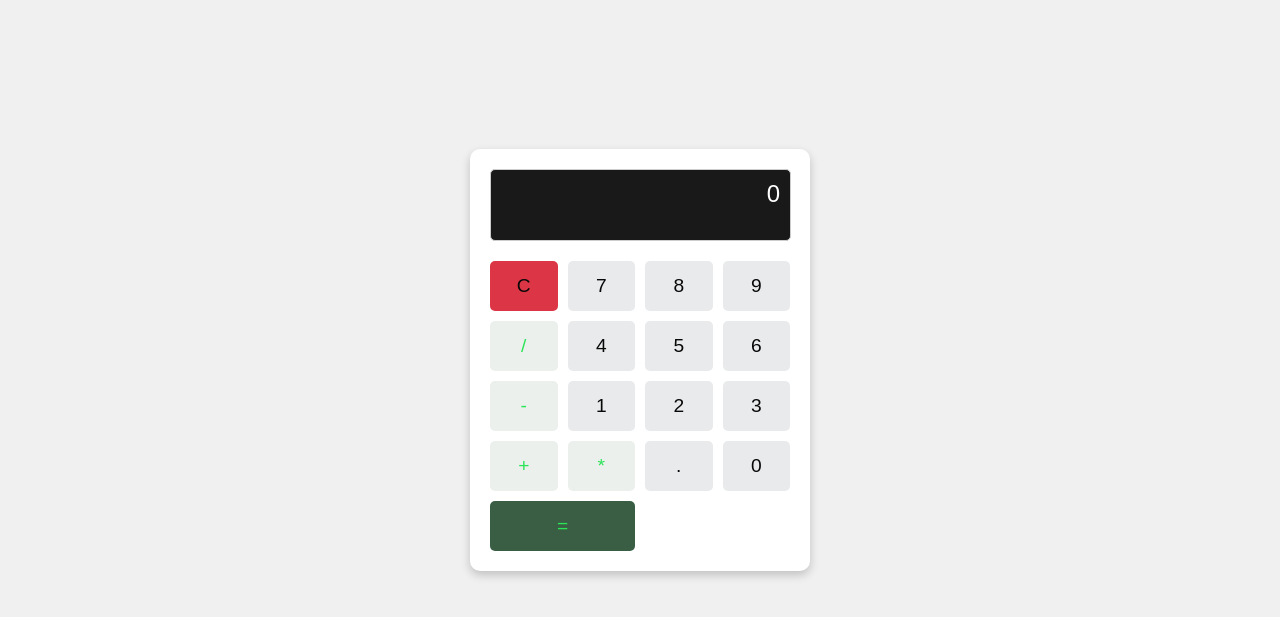
Repository: alizey12/calculator
Page: index.html
These files come from the project's save history. The page is drawn as it stood at one moment and after a run of saves; the edit follows.
The browser window is 1280 px wide. The pictures show the whole page.

Above is the page before, as saved 2024-11-23 20:37:20.

### index.html
<!DOCTYPE html>
<html lang="en">
<head>
    <meta charset="UTF-8">
    <meta name="viewport" content="width=device-width, initial-scale=1.0">
    <title>Simple Calculator</title>
    <link rel="stylesheet" href="styles.css">
    <body>


</head>
<body>
    <div class="calculator">
        <div class="display" id="display">0</div>
        <div class="buttons">
            <button onclick="clearDisplay()" class="btn" id="clear">C</button>
            <button onclick="appendValue('7')" class="btn">7</button>
            <button onclick="appendValue('8')" class="btn">8</button>
            <button onclick="appendValue('9')" class="btn">9</button>
            <button onclick="operate('/')" class="btn operator">/</button>
            <button onclick="appendValue('4')" class="btn">4</button>
            <button onclick="appendValue('5')" class="btn">5</button>
            <button onclick="appendValue('6')" class="btn">6</button>
            <button onclick="operate('-')" class="btn operator">-</button>
            <button onclick="appendValue('1')" class="btn">1</button>
            <button onclick="appendValue('2')" class="btn">2</button>
            <button onclick="appendValue('3')" class="btn">3</button>
            <button onclick="operate('+')" class="btn operator">+</button>
            <button onclick="operate('*')" class="btn operator">*</button>
            <button onclick="appendValue('.')" class="btn">.</button>
            <button onclick="appendValue('0')" class="btn">0</button>
            <button onclick="calculate()" class="btn operator" id="equals">=</button>
        </div>
    </div>

    <script src="script.js">

    </script>
</body>
</html>

### styles.css
body{
    font-family: Arial, sans-serif;
    display: flex;
    justify-content: center;
    align-items: center;
    height: 100vh;
    background-color: #f0f0f0;
    margin: 0;
}

.calculator {
    background: #fff;
    border-radius: 10px;
    padding: 20px;
    box-shadow: 0 4px 10px rgba(0, 0, 0, 0.2);
    width: 300px;
}

.display {
    width: 93%;
    height: 50px;
    margin-bottom: 20px;
    font-size: 1.5rem;
    text-align: right;
    border: 1px solid #ccc;
    border-radius: 5px;
    background: #1a1919;
    padding: 10px;
    overflow-x: auto;
    color: #fff;
}

.buttons {
    display: grid;
    grid-template-columns: repeat(4, 1fr);
    gap: 10px;
}

.btn {
    height: 50px;
    font-size: 1.2rem;
    border: none;
    border-radius: 5px;
    background: #e9eaeb;
    color: rgb(8, 8, 8);
    cursor: pointer;
    transition: background 0.2s;
}

.btn:hover {
    background: #a8c1db;
}

.btn.operator {
    background: #ecf0ed;
    color: #2ce457;
}

.btn.operator:hover {
    background: #1e7e34;
}

.btn#clear {
    background: #dc3545;

}
.btn#equals {
    grid-column: span 2;
    background: #3a5e43;
}
.btn#clear:hover {
    background: #a71d2a;
}

### script.js
let displayValue = '';

function appendValue(value) {
    if (displayValue === '0' || displayValue === 'Error') {
        displayValue = value;
    } else {
        displayValue += value;
    }
    updateDisplay();
}

function operate(operator) {
    if (displayValue === 'Error') return;

    displayValue += ` ${operator} `;
    updateDisplay();
}

function clearDisplay() {
    displayValue = '0';
    updateDisplay();
}

function calculate() {
    try {
        // Evaluate the expression
        displayValue = eval(displayValue).toString();
    } catch {
        displayValue = 'Error';
    }
    updateDisplay();
}

function updateDisplay() {
    document.getElementById('display').textContent = displayValue;
}

After the next 2 saves:
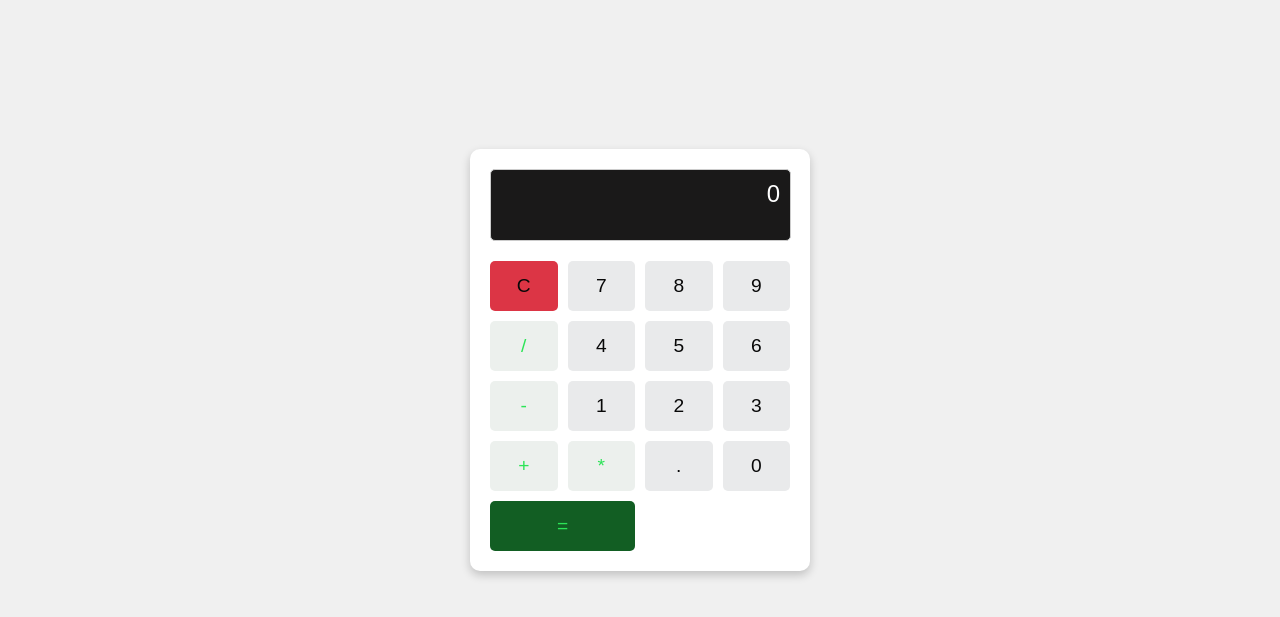
The 2 saves are shown as one change because they came seconds apart.
The last was saved 7 s later.
--- a/styles.css
+++ b/styles.css
@@ -66,7 +66,7 @@ body{
 }
 .btn#equals {
     grid-column: span 2;
-    background: #3a5e43;
+    background: #125e23;
 }
 .btn#clear:hover {
     background: #a71d2a;
